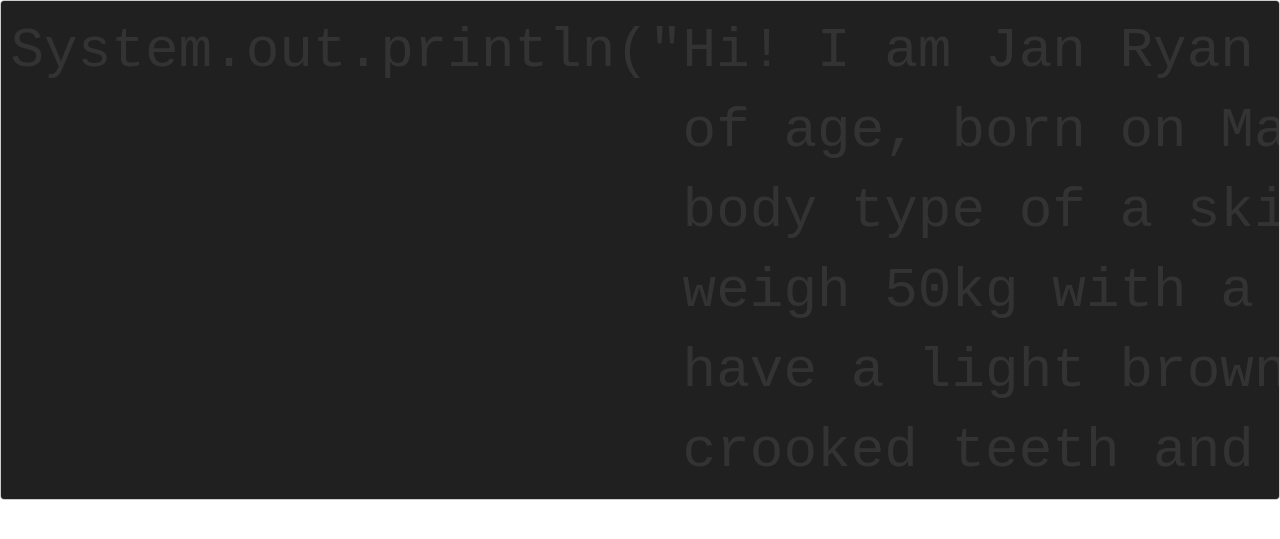
Repository: janry-gracia/Divinagracia_FinalProject
Page: Pages/storyofmylife.html
These files come from the project's save history. The page is drawn as it stood at one moment and after the next save; the edit follows.
The browser window is 1280 px wide. The pictures show the whole page.
An inner scrolling area shows only its first screen.

Above is the page before, as saved 2021-05-17 23:01:58.
Console error: TypeError: Cannot read properties of null (reading 'addEventListener')

After the next save:
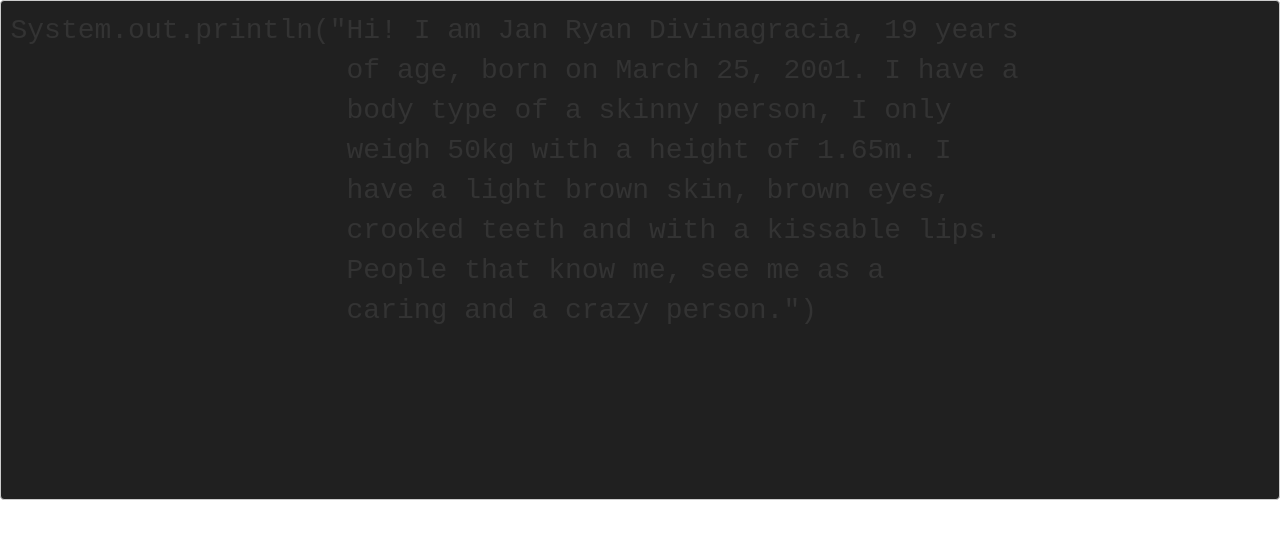
Saved 5 s later.
--- a/css/storyofmylife.css
+++ b/css/storyofmylife.css
@@ -23,5 +23,5 @@ html, body{
     height: 500px;
     background-color: rgb(32, 32, 32);
     font-family: 'Fire Code', monospace;
-    font-size: 4em;
+    font-size: 2em;
 }
